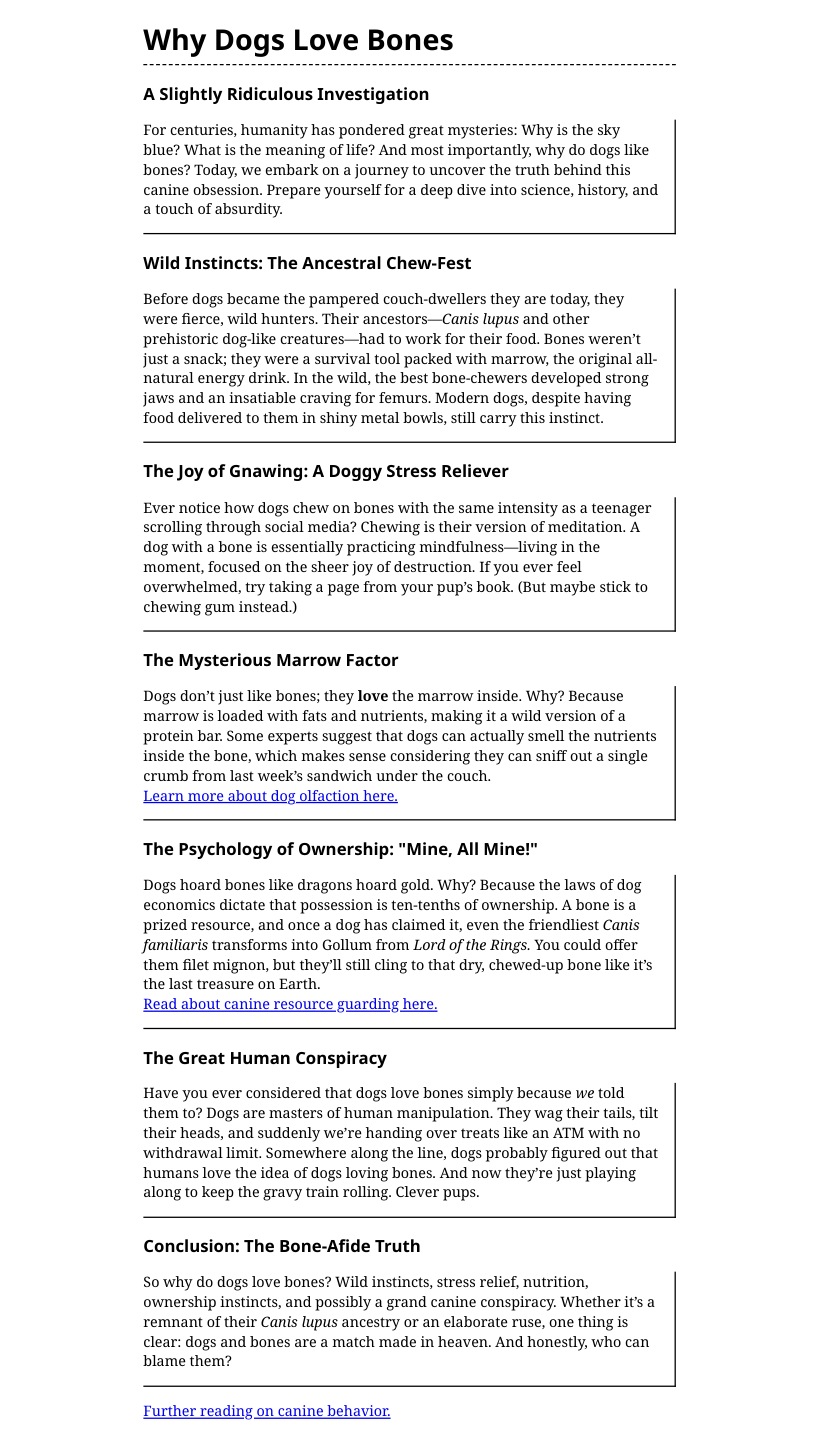
Repository: Leith-vdl/apprentice-challenge-1
Page: index.html
An editor plug-in stored every save of this project. The page is shown before and after the next save, followed by the edit.
The browser window is 1280 px wide. The pictures show the whole page, at 64% of full size.

Above is the page before, as saved 2025-01-31 15:31:24.

### index.html
<!DOCTYPE html>
<html lang="en">
<head>
    <meta charset="UTF-8">
    <meta name="viewport" content="width=device-width, initial-scale=1.0">
    <title>Why Dogs Love Bones</title>
    <link rel="stylesheet" href="styles/styles.css">
</head>
<body>
    <header class="page-header">
        <h1 class="page-header-title">
            Why Dogs Love Bones
        </h1>
    </header>
    <main>
        <section>
            <h3 class="section-title">A Slightly Ridiculous Investigation</h3>
            <p class="section-main-text">
                For centuries, humanity has pondered great mysteries: Why is the sky blue? What is the
                meaning of life? And most importantly, why do dogs like bones? Today, we embark on a
                journey to uncover the truth behind this canine obsession. Prepare yourself for a deep dive into
                science, history, and a touch of absurdity.
            </p>
        </section>
        <section>
            <h3 class="section-title">Wild Instincts: The Ancestral Chew-Fest</h3>
            <p class="section-main-text">
                Before dogs became the pampered couch-dwellers they are today, they were fierce, wild
                hunters. Their ancestors—<i>Canis lupus</i> and other prehistoric dog-like creatures—had to work for
                their food. Bones weren’t just a snack; they were a survival tool packed with marrow, the
                original all-natural energy drink. In the wild, the best bone-chewers developed strong jaws
                and an insatiable craving for femurs. Modern dogs, despite having food delivered to them in
                shiny metal bowls, still carry this instinct.
            </p>
        </section>
        <section>
            <h3 class="section-title">The Joy of Gnawing: A Doggy Stress Reliever</h3>
            <p class="section-main-text">
                Ever notice how dogs chew on bones with the same intensity as a teenager scrolling through
                social media? Chewing is their version of meditation. A dog with a bone is essentially practicing
                mindfulness—living in the moment, focused on the sheer joy of destruction. If you ever feel
                overwhelmed, try taking a page from your pup’s book. (But maybe stick to chewing gum
                instead.)
            </p>
        </section>
        <section>
            <h3 class="section-title">The Mysterious Marrow Factor</h3>
            <p class="section-main-text">
                Dogs don’t just like bones; they <b>love</b> the marrow inside. Why? Because marrow is loaded with
                fats and nutrients, making it a wild version of a protein bar. Some experts suggest that dogs
                can actually smell the nutrients inside the bone, which makes sense considering they can sniff
                out a single crumb from last week’s sandwich under the couch.<br>
                <a href="https://vcahospitals.com/know-your-pet/how-dogs-use-smell-to-perceive-the-world" target="_blank">Learn more about dog olfaction here.</a>
            </p>
        </section>
        <section>
            <h3 class="section-title">The Psychology of Ownership: "Mine, All Mine!"</h3>
            <p class="section-main-text">
                Dogs hoard bones like dragons hoard gold. Why? Because the laws of dog economics dictate
                that possession is ten-tenths of ownership. A bone is a prized resource, and once a dog has
                claimed it, even the friendliest <i>Canis familiaris</i> transforms into Gollum from <i>Lord of the Rings.</i>
                You could offer them filet mignon, but they’ll still cling to that dry, chewed-up bone like it’s the
                last treasure on Earth.<br>
                <a href="https://www.battersea.org.uk/pet-advice/dog-advice/dealing-resource-guarding?gad_source=1&gclid=Cj0KCQiAhvK8BhDfARIsABsPy4h3CRlVVPVANZfAc-HngzDTwKg5KUgeNuAmZD8EIJDuwS7ktlBpRYQaAjNyEALw_wcB" target="_blank">Read about canine resource guarding here.</a>
            </p>
        </section>
        <section>
            <h3 class="section-title">The Great Human Conspiracy</h3>
            <p class="section-main-text">
                Have you ever considered that dogs love bones simply because <i>we</i> told them to? Dogs are
                masters of human manipulation. They wag their tails, tilt their heads, and suddenly we’re
                handing over treats like an ATM with no withdrawal limit. Somewhere along the line, dogs
                probably figured out that humans love the idea of dogs loving bones. And now they’re just
                playing along to keep the gravy train rolling. Clever pups.
            </p>
        </section>
        <section>
            <h3 class="section-title">Conclusion: The Bone-Afide Truth</h3>
            <p class="section-main-text">
                So why do dogs love bones? Wild instincts, stress relief, nutrition, ownership instincts, and
                possibly a grand canine conspiracy. Whether it’s a remnant of their <i>Canis lupus</i> ancestry or an
                elaborate ruse, one thing is clear: dogs and bones are a match made in heaven. And honestly,
                who can blame them?
            </p>
        </section>
    </main>
    <footer>
        <p>
            <a href="https://en.wikipedia.org/wiki/Dog_behavior" target="_blank">Further reading on canine behavior.</a>
        </p>
    </footer>
</body>
</html>

### styles/styles.css
body {
    margin: 1em 10em;
    font-size: 1.4em;
    font-family: Georgia, 'Times New Roman', Times, serif
}

.page-header {
    border-bottom: 2px dashed black;
}

h1.page-header-title, h3.section-title {
    font-family: 'Segoe UI', Tahoma, Geneva, Verdana, sans-serif;
    margin-bottom: 0.2em;
}

p.section-main-text {
    padding: 0 1em 1em 0;
    border-bottom: 2px solid black;
    border-right: 2px solid black;
}

After the next save:
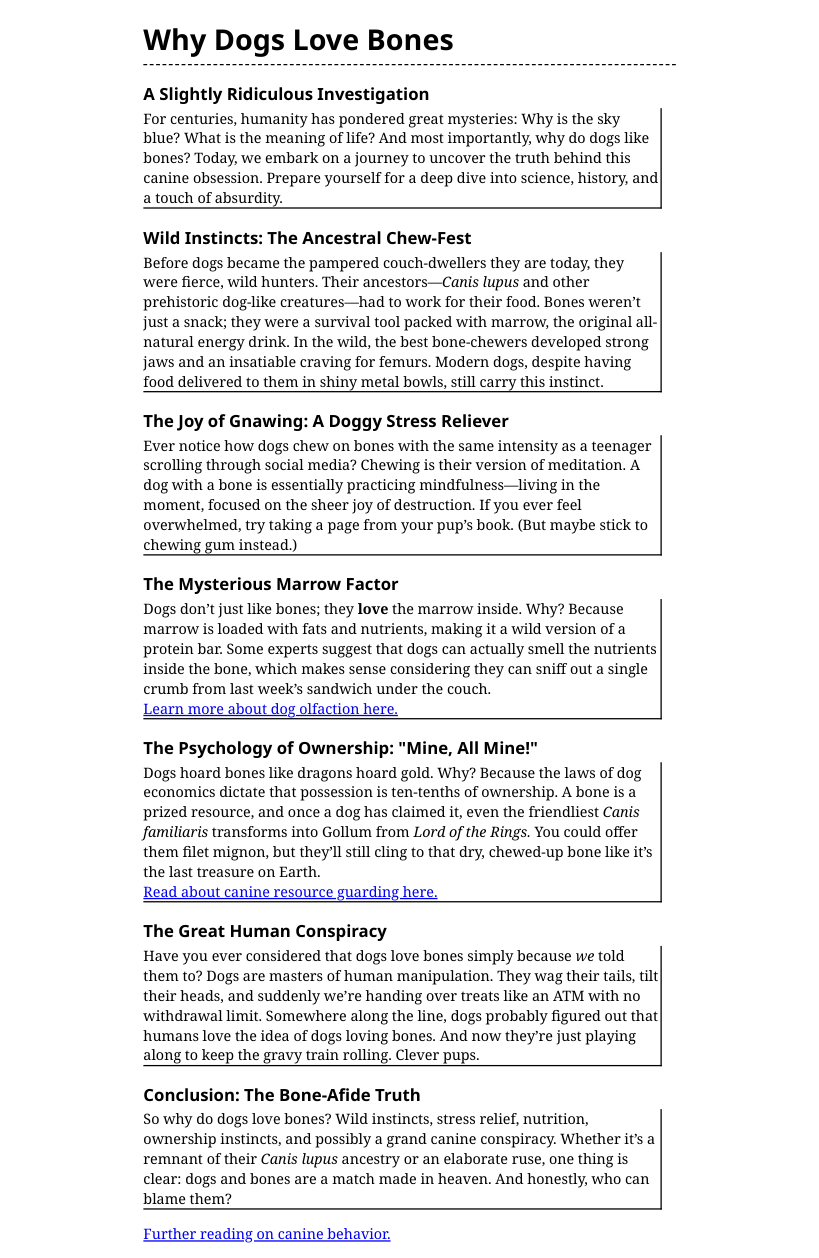
Saved 16 s later.
--- a/styles/styles.css
+++ b/styles/styles.css
@@ -14,7 +14,7 @@
 }
 
 p.section-main-text {
-    padding: 0 1em 1em 0;
+    margin: 0 1em 1em 0;
     border-bottom: 2px solid black;
     border-right: 2px solid black;
 }

After the save that followed:
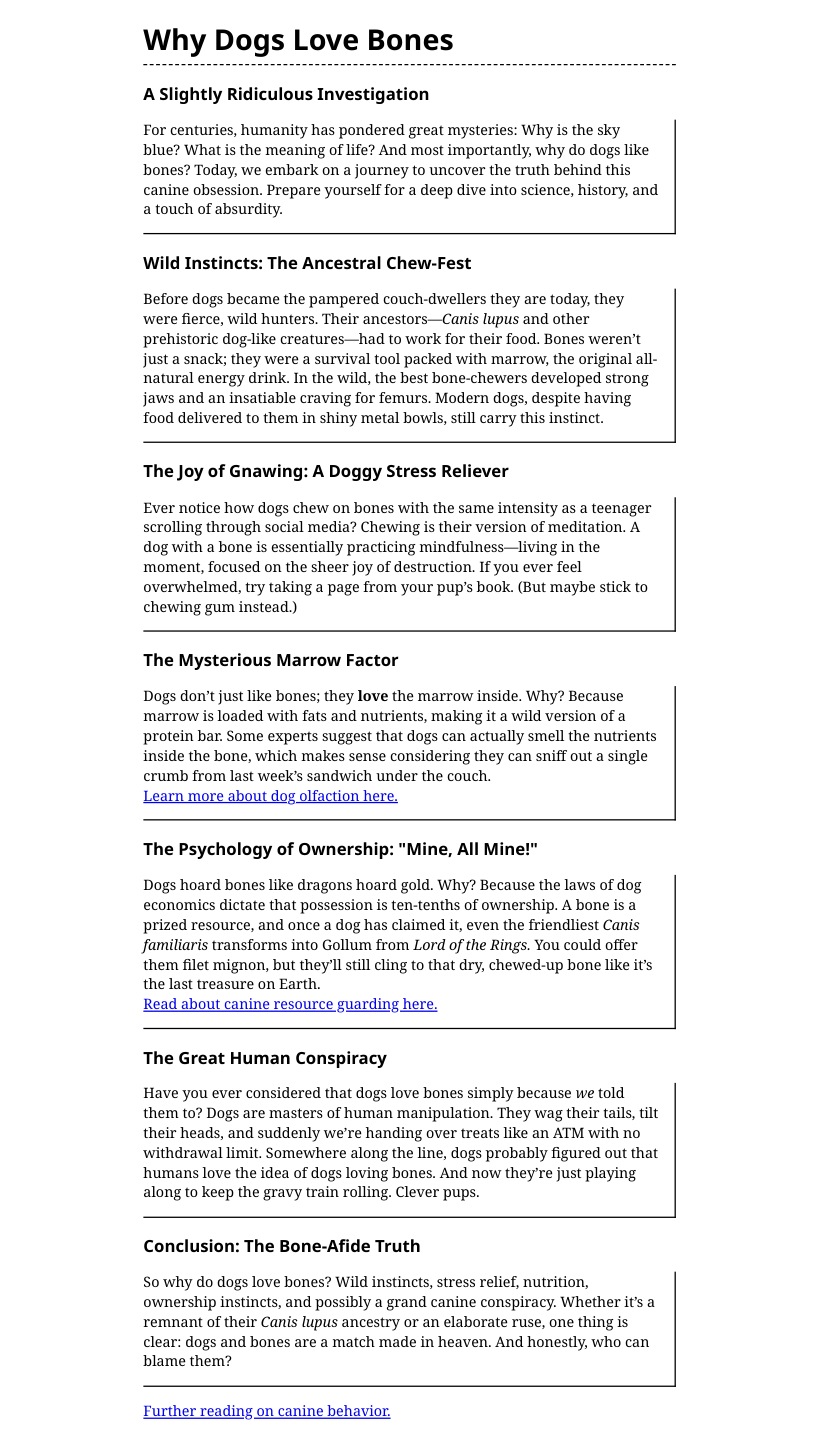
Saved 22 s later.
--- a/styles/styles.css
+++ b/styles/styles.css
@@ -14,7 +14,8 @@
 }
 
 p.section-main-text {
-    margin: 0 1em 1em 0;
+    margin-bottom: 1em;
+    padding: 0 1em 1em 0;
     border-bottom: 2px solid black;
     border-right: 2px solid black;
 }
